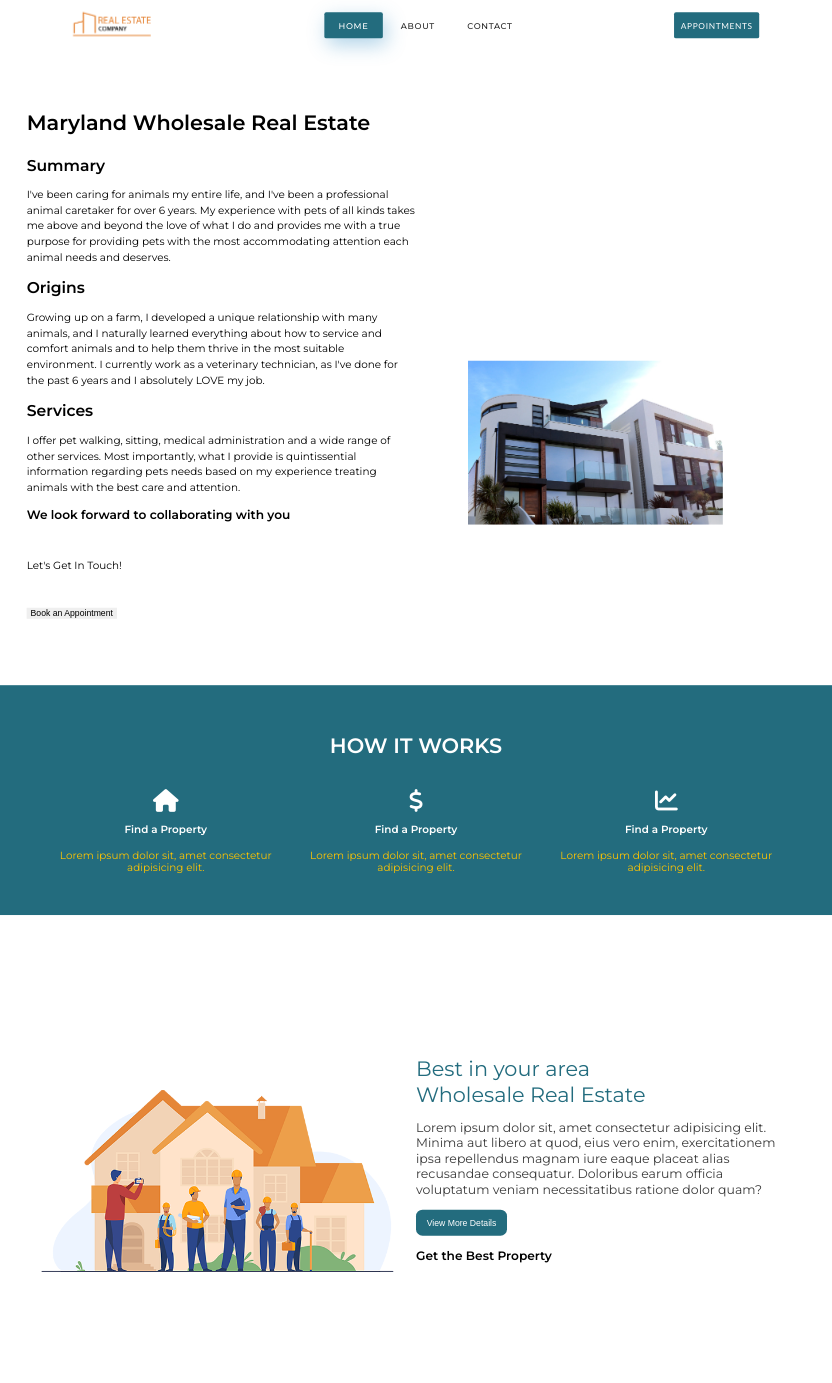
Repository: gabe126679/Mikes-site
Page: /about
An editor plug-in stored every save of this project. The page is shown before and after the next save, followed by the edit.
The browser window is 1280 px wide. The pictures show the whole page, at 65% of full size.
Some web libraries are served in a nearby version. The project was rebuilt for these pictures with package versions that can differ from the ones it lists, and the page was loaded fresh each time. Also part of the build but not shown: src/components/Header.jsx, src/components/Contact.jsx, src/components/Agentbox.jsx, src/components/Agent.jsx, src/components/Bproperty.jsx, src/components/Item.js, src/components/CarouselItem.jsx, src/components/Properties.jsx and 1 more.

Above is the page before, as saved 2022-04-19 14:45:02.

### public/index.html
<!DOCTYPE html>
<html lang="en">
  <head>
    <meta charset="utf-8" />
    <link rel="icon" href="%PUBLIC_URL%/favicon.ico" />
    <meta name="viewport" content="width=device-width, initial-scale=1" />
    <meta name="theme-color" content="#000000" />
    <meta
      name="description"
      content="Web site created using create-react-app"
    />
    <link rel="apple-touch-icon" href="%PUBLIC_URL%/logo192.png" />

    <link rel="manifest" href="%PUBLIC_URL%/manifest.json" />
    <script src="https://kit.fontawesome.com/95dc93da07.js"></script>
    <title>Mike's Homes</title>
  </head>
  <body>
    <noscript>You need to enable JavaScript to run this app.</noscript>
    <div id="root"></div>

  </body>
</html>

### src/index.js
import React from 'react';
import ReactDOM from 'react-dom/client';
import './index.css';
import App from './App';
// import About from './components/About';
// import {
//   BrowserRouter,
//   Routes,
//   Route,
// } from "react-router-dom";

const root = ReactDOM.createRoot(document.getElementById('root'));
root.render(
//   <BrowserRouter>
//     <Routes>
//       <Route path="/" element={<App />}>
//       <Route path="homes" element={<About />} />
//         {/* <Route path="teams" element={<Teams />}>
//             <Route path=":teamId" element={<Team />} />
//             <Route path="new" element={<NewTeamForm />} />
//             <Route index element={<LeagueStandings />} />
//         </Route> */}
//       </Route>
//     </Routes>
//   </BrowserRouter>,
<App />,

);

### src/index.css
@import url('https://fonts.googleapis.com/css2?family=Montserrat:wght@300;400;500;600&display=swap');

/***fontawesome <script src="https://kit.fontawesome.com/95dc93da07.js"></script> *********/



body{
    margin:0px;
    padding: 0px;

    background-color: #ffffff;
    font-family: 'Montserrat', sans-serif;
}
*{
    box-sizing: border-box;
}
ul{
    list-style: none;
}
a{
    text-decoration: none;
}
button{
    outline: none;
    border: none;
}
input{
    outline: none;
    border: none;
}

.logo img{
    width: 120px;
}
.header{

    width:100%;
    height:768px;
    position: relative;
    background-repeat: no-repeat;
    background-size: cover;
    background-image: url("./images/header-bg.png");
}
nav{
	display: flex;
	justify-content: space-around;
	align-items: center;
	left: 0;
	top: 0;
	width:100%;
	z-index: 1;
	background-color: #FFFFFF;
}
nav ul{
	display: flex;
}
.active{
    background-color: #236c7e;
    color:rgb(255, 255, 255);
	box-shadow: 5px 10px 30px rgba(64, 149, 198, 0.411);
	transition: all ease 0.2s;
}
nav ul li a{
	height:40px;
	line-height: 43px;
	margin: 3px;
	padding: 0px 22px;
	display: flex;
	font-size: 0.8rem;
	text-transform: uppercase;
	font-weight: 500;
	color:#242424;
    letter-spacing: 1px;
    border-radius: 3px;
    transition: 0.2s ease-in-out;
}
.property{
    font-family: calibri;
	height:40px;
	line-height: 43px;
	padding: 0px 10px;
	display: flex;
	font-size: 0.8rem;
	text-transform: uppercase;
	font-weight: 500;
	color:#ffffff;
    letter-spacing: 1px;
    border-radius: 3px;
    transition: 0.2s ease-in-out;
    background-color: #236c7e;
}
nav ul li a:hover{
	background-color: #064757;
    color:#FFFFFF;
	box-shadow: 5px 10px 30px rgba(64, 149, 198, 0.411);
	transition: all ease 0.2s;
}
nav .menu-btn,
.menu-icon{
		display:none;
	}
.intro{
	font-family: 'Montserrat';
	width: 500px;
	position: absolute;
	left: 16%;
	top: 50%;
	transform: translate(-20%,-50%);
}
.intro span{
    color: #fc9700;
}
.intro .details{
    color: #1e4f5c;
}
.intro h1{
	font-family:'Montserrat';
	font-size: 46px;
	margin:0px;
	letter-spacing: 3px;
	color:#236c7e;
}
.intro p{
    color: #064757; font-weight: 500;
}
.header-btn{
	width:110px;
	height: 40px;
	display: flex;
	justify-content: center;
    align-items: center;
    background-color: #236c7e;
    box-shadow: 5px 10px 30px rgba(2, 82, 255, 0.137);
    border-radius: 10px;
	color:#ffffff;
}
.header-btn:hover{
	background-color: #04afda;
    transition: all ease 0.5s;
    color: #ffffff;
    box-shadow: 5px 0px 30px rgba(2, 154, 255, 0.39);
}
.container {
    max-width: 1140px;
    margin: 0 auto;
    padding: 0 20px;
}

.flex {
    display: flex;
    justify-content: space-between;
}
.how-it-works {
    padding: 3rem 0;
    background: #236c7e;
    text-align: center;
}

.how-it-works h2 {
    margin-bottom: 3rem;
    font-size: 2rem;
    font-family: 'Montserrat';
    color: #ffffff;
    font-weight: 600;
    text-transform: uppercase;
}

.how-it-works .flex > div {
    width: 30%;
}

.how-it-works h4 {
    color: #ffffff;
    margin-top: 1rem;
}
.how-it-works p{
    color: rgb(255, 196, 0);
}

.how-it-works span.fas {
    color: #ffffff;
    font-size: 35px;
}
  .about{
	width:100%;
	height: 100vh;
	background-color:#ffffff;
	box-sizing: border-box;
	display: flex;
	align-items: center;
	justify-content: space-between;
	padding: 50px 5% 0px 5%;
	position: relative;
}
.about-text{
	width: 50%;
}
.about-text h2{
	font-size: 2rem;
	color:#236c7e;
	font-weight: 400;
}
.about-text h2{
	margin: 0px;
	padding: 0px;
}
.about-text p{
	font-size: 1.2rem;
	color:#3a3a3a;

}
.about-text button{
	width: 140px;
	height: 40px;
	border-radius: 10px;
	border: none;
    outline: none;
    color: #ffffff;
	background-color:#236c7e;
}
.about-text button:hover{
	background-color: #04afda;
    transition: all ease 0.3s;
    color: #ffffff;
    box-shadow: 5px 0px 30px rgba(2, 154, 255, 0.39);
}
.about-model img{
    height: 400px;
}

.agent{
    width:100%;
    height:110vh;
    box-sizing: border-box;
    font-family: calibri;
    display: flex;
    flex-direction: column;
    align-items: center;
    justify-content: center;
    padding-top: 40px ;
    background: #236c7e;
}

.a-heading h1{
    color:#ffffff;
    font-size: 3rem;
    margin: 0px;
    padding: 0px;

}
.a-heading p{
    color:rgb(238, 238, 238);
    font-size: 1rem;
    margin: 0px;
    padding: 0px;
}
.a-heading{
    text-align: center;
    margin: 20px 0px;
}
.a-box{
    background-color: #ffffff;
    width:350px;
    height: 500px;
    margin: 20px;
    border-radius: 10px;
    overflow: hidden;
    box-shadow: 2px 2px 12px rgba(0,0,0,0.1);
    position: relative;
}
.b-container{
    display: flex;
    justify-content: center;
    align-content: center;
    width: 100%;

}
.a-b-img{
    width: 100%;
    height: 70%;

}
.a-b-img img{
    width:100%;
    height: 100%;
    object-fit: contain;
}
.a-b-text{
    width: 100%;
    height: 30%;
    background-color:#ffffff;
    display:flex;
    justify-content: center;
    align-items: center;
    text-align: center;
    flex-direction: column;
}
.a-box:hover{
    transform:translateY(-10px);
    transition: all ease 0.3s;

}
.agent-btn{
	width:110px;
	height: 40px;
	display: flex;
	justify-content: center;
    align-items: center;
    background-color: #236c7e;
    box-shadow: 5px 10px 30px rgba(2, 82, 255, 0.137);
    border-radius: 10px;
	color:#ffffff;
}
.agent-btn:hover{
	background-color: #04afda;
    transition: all ease 0.5s;
    color: #ffffff;
    box-shadow: 5px 0px 30px rgba(2, 154, 255, 0.39);
}

.product{
	width: 100%;
	background-color: #FFFFFF;
	display: flex;
	height: 760px;
	flex-direction: column;
	align-items: center;
	padding:40px 20px;
	position: relative;
	border-radius: 10px;
	margin-top: 70px;
}


.p-heading{

	margin:20px;
	text-shadow: 2px 2px 10px rgba(0,0,0,0.05);
}
.p-heading h3{
	font-weight: 600;
	letter-spacing: 2px;
	text-align: center;
	font-size:2.5rem;
	color:#323543;

}
.p-heading h3 font{
	color:#303030;
}
.product-container{
	display: flex;
	justify-content: center;
	align-items: center;
	flex-wrap: wrap;
	margin: 10px 0px;
	width:100%;
}
.p-box{
	width:350px;
	height: 420px;
	display: flex;
	justify-content: center;
	align-items: center;
	flex-direction: column;
	border-radius: 12px;
	position: relative;
	margin: 20px 30px;
    background-color: rgb(255, 255, 255);
    box-shadow: 2px 2px 30px rgba(0,0,0,0.1);
}
.p-box img{
	height:150px;
}
.p-box p{
	color:#4d4d4d70;
	font-family: myriad pro;
	font-size: 0.9rem;
	letter-spacing: 0.5;
}
.price-container {
  display: flex;
  align-items: center;
  justify-content: center;
}
.price{
	color:#2c2c2c;
	font-family: poppins;
	font-size: 1rem;
  position: relative;
  bottom: 120px;
  width: 100%;
  height: 100px;
  text-align: center;
}
.container-reviews {
  display: flex;
  align-items: center;
  height: 100%;
  position: relative;
  top: -70px;
}
.buy-btn{
	position: absolute;
	width:140px;
	height: 60px;
	display: flex;
	justify-content: center;
	align-items: center;
	font-family:calibri;
	left: 50%;
	bottom: 20px;
	transform: translateX(-50%);
	border-radius: 15% 15% 15% 15% / 50% 50% 50% 50%;
	background:linear-gradient(120deg,#064757 20%,#04afda);
	color:#FFFFFF;
	display: none;
	animation: fade 0.2s;
}
.p-box:hover .buy-btn{
	display: flex;
}
.p-box:hover{
	box-shadow: 2px 2px 30px rgba(0, 0, 0, 0.233);
	background-color:#FFFFFF;
}
.p-box:hover .price{
	color:#04afda;
	transition: all ease 0.2s;
}

@keyframes fade{
	0%{
		opacity: 0;
	}
	100%{
		opacity: 1;
	}
}
.contact{
    background-color: #236c7e;
	display:flex;
	flex-direction: column;
	justify-content: center;
	align-items: center;
    margin:8px 3px;
    margin-top: 1000px;
    padding: 30px 0px;
  overflow: hidden;
}
.contact h3{
	font-size:2.5rem;
    margin:20px;
    color: #ffffff;
}
.contact-input{
	width:350px;
	height:50px;
	background-color:#FFFFFF;
	display:flex;
	justify-content: center;
	border-radius: 50px;
	box-shadow: 2px 2px 30px rgba(0,0,0,0.15);
}
.contact-input input{
	width:100%;
	background-color: transparent;
	border:none;
	outline: none;
	text-align: center;
	color:#242425;
}
.contact-input a{
	width:150px;
	height:35px;
	background-color:#236c7e;
	color:#FFFFFF;
	display: flex;
	font-size: 0.9rem;
	justify-content: center;
	align-items: center;
	margin: auto 10px;
	border-radius: 20px;
	font-weight: 500;
}

.carousel {
  font-family: sans-serif;
  display: flex;
  align-items: center;
  justify-content: center;
  height: 100vh;
  object-fit: contain;

}
.carousel-img {
  width: 100%;
  object-fit: fill;
}
@media(min-width:1285px) {
  .contact {
    margin-top: 550px;
  }
}
@media(max-width:1190px){
	.header{
        background-size: 1150px !important;
        text-align: center;
	}
	.intro{
		left: 10%;
		top: 50%;
		transform: translate(-10%,-50%);
	}
	.about-model img{
		height:400px;
    }
    .agent{
		height:auto;
    }
    .b-container{
		flex-wrap: wrap;
	}
    .a-box{
		flex-grow: 1;
	}
	.a-b-img img{
		object-fit:contain;
	}


}

@media(max-width:970px){
  .header {
    background-image: none;
  }
	.main{
		background-image: none !important;

	}
	.intro{
		left: 50%;
		top: 50%;
		transform: translate(-50%,-50%);
    }

	.about-model{
		display: none;
	}
	.about{
        text-align: center;
		justify-content: center;
		padding-top: 0px;
	}
	.about-text{
		width: 90%;
	}
	.about-text h1{
		font-size:4rem;
  }
  .product{
    width: 100%;
    background-color: #FFFFFF;
    display: flex;
    height: 760px;
    flex-direction: column;
    align-items: center;
    padding:40px 20px;
    position: relative;
    border-radius: 10px;
    margin-top: 70px;
  }


}
@media(max-width:875px){
  .carousel-item {
    display: none;
  }
}
@media(max-width:600px){
	.intro{
		width:60%;
    }}
    .scroll{
      left: 42.5%;
    }
  .header-btn{
    margin-right: 38%;
  }


    @media (max-width: 500px) {
        .how-it-works .flex {
            display: block;
        }
        .header-btn{
          margin-right: 28%;
        }
        .how-it-works .flex > div {
            width: 100%;
            margin-top: 2rem;
        }


@media(max-width:1100px){.menu-icon{
    display:block;}

        nav{
            justify-content: space-between;
            height: 65px;
            padding: 0px 30px;
            position: fixed;
        }
        .property{
            background: none;
            font-size: 13px;
            color: #000;
            padding: 0px;
        }
        .logo img{
            width:70px;
        }
        .menu{
            display:none;
            position:absolute;
            top:65px;
            left:0px;
            background-color:#FFFFFF;
            border-bottom:4px solid #064757;
            width:100%;
            padding:0px;
            margin:0px;
        }
        .menu li{
            width:100%;
        }
        nav .menu li a{
            width:100%;
            height:40px;
            justify-content: center;
            align-items: center;
            margin:0px;
            padding: 25px;
            border:1px solid rgba(38,38,38,0.03);
        }
        nav .menu-icon{
            cursor:pointer;
            float:right;
            padding:28px 20px;
            position:relative;
            user-select: none;
        }
        nav .menu-icon .nav-icon{
            background-color:#333333;
            display:block;
            height:2px;
            position:relative;
            transition: background 0.2s ease-out;
            width:20px;
        }
        nav .menu-icon .nav-icon:before,
        nav .menu-icon .nav-icon:after{
            background:#333;
            content:'';
            display:block;
            height:100%;
            position:absolute;
            transition:all ease-out 0.2s;
            width:100%;
        }
        nav .menu-icon .nav-icon:before{
            top:5px;
        }
        nav .menu-icon .nav-icon:after{
            top:-5px;
        }
        nav .menu-btn:checked ~ .menu-icon .nav-icon{
            background:transparent;
        }
        nav .menu-btn:checked ~ .menu-icon .nav-icon:before{
            transform: rotate(-45deg);
            top:0;
        }
        nav .menu-btn:checked ~ .menu-icon .nav-icon:after{
            transform: rotate(45deg);
            top:0;
        }
        nav .menu-btn{
            display:none;
        }
        nav .menu-btn:checked ~ .menu{
            display:block;
        }}
        @media(max-width:400px){
            .s-box{
                width: 100%;
                height:400px;
            }
            .header-btn{
              margin-left: 38%;
            }

        }}

### src/App.js
import React from 'react';
import Header from './components/Header'
import Howitworks from './components/Howitworks'
import About from './components/About'
import PageAbout from './components/PageAbout'
import Agent from './components/Agent'
import Properties from './components/Properties'
import Contact from './components/Contact'
import All from './components/All'
import {
  BrowserRouter,
  Routes,
  Route,
} from "react-router-dom";


function App() {
  return (
    <div className="App">
      <BrowserRouter>
        <Routes>
          <Route
            path="/"
            element={<All />}
          />
          <Route
            path="/about"
            element={<PageAbout />}
          />
          <Route
            path="/contact"
            element={<Contact />}
          />
          <Route
            path="/Howitworks"
            element={<Howitworks />}
          />
        </Routes>

          {/* <Header />
          <Howitworks />
          <About />
          <Agent />
          <Properties />
          <Contact /> */}

      </BrowserRouter>
    </div>
  );
}

export default App;

### src/components/Howitworks.jsx
import React from 'react'

function Howitworks() {
  return (
    <div className="how-it-works">
        <div className="container">
            <h2>How It Works</h2>
            <div className="flex">
                <div>
                    <span className="fas fa-home"></span>
                    <h4>Find a Property</h4>
                    <p>Lorem ipsum dolor sit, amet consectetur adipisicing elit.</p>
                </div>

                <div>
                    <span className="fas fa-dollar-sign"></span>
                    <h4>Find a Property</h4>
                    <p>Lorem ipsum dolor sit, amet consectetur adipisicing elit.</p>
                </div>

                <div>
                    <span className="fas fa-chart-line"></span>
                    <h4>Find a Property</h4>
                    <p>Lorem ipsum dolor sit, amet consectetur adipisicing elit.</p>
                </div>
            </div>
        </div>
    </div>
  )
}

export default Howitworks;

### src/components/About.jsx
import React from 'react'
import aboutimage from '../images/hero.png';
import Contact from "./Contact"

function About() {
  return (
    <div className="about">
        <div className="about-model">
          <img src={aboutimage} alt="about image"/>
        </div>
        <div className="about-text">
          <h2>Best in your area <br/>Wholesale Real Estate</h2>
          <p>Lorem ipsum dolor sit, amet consectetur adipisicing elit. Minima aut libero at quod, eius vero enim, exercitationem ipsa repellendus magnam iure eaque placeat alias recusandae consequatur. Doloribus earum officia voluptatum veniam necessitatibus ratione dolor quam?</p>
          <button>View More Details</button>
          <h3>Get the Best Property</h3>
        </div>
    </div>
  )
}

export default About

### src/components/PageAbout.jsx
import React from 'react';
import ImageOne from '../images/home-1.jpg';
import styled from 'styled-components';
import Navbar from "./Navbar";
import About from "./About";
import Agent from "./Agent";
import Howitworks from "./Howitworks";
import { Link } from 'react-router-dom';

const Section = styled.section`
  display: flex;
  flex-direction: column;
  justify-content: center;
`;

const Container = styled.div`
  background: #fff;
  padding: 3rem 2rem;
  position: relative;
`;

const Wrap = styled.div`
  max-width: 1200px;
  margin: 0 auto;
`;

const ColumnLeft = styled.div`
  display: flex;
  flex-wrap: wrap;
  margin: 0px -15px;
  justify-content: flex-start;
  padding: 1rem;
`;

const Content = styled.div`
  flex: 0 0 50%;

  @media screen and (max-width: 768px) {
    flex: 0 0 100%;
    max-width: 100%;
    margin-top: 250px;
  }

  h1 {
    margin-bottom: 2rem;
    font-size: 2rem;
  }

  p {
    margin-bottom: 1rem;
    line-height: 1.5;
  }
`;

const ColumnRight = styled.div`
  position: absolute;
  top: -80px;
  right: 0;
  max-width: 850px;
  height: 140%;
  width: 45%;
  padding-left: 1rem;

  @media screen and (max-width: 768px) {
    height: 320px;
    top: -65px;
    width: 80%;
    margin: 0 auto;
    left: 0;
  }
`;

const Image = styled.img`
  height: 100%;
  width: 100%;
  object-fit: contain;
  position: relative;
  @media (min-width: 768px) {
    height: 100%;
    width: 70%;
    object-fit: contain;
  }
`;
  const Break = styled.br`
    @media (min-width: 768px) {
        display: none;
    }
`;

function PageAbout() {
  return (
    <div>
    <Section>
        <Navbar/>
        {/* <br className="break"/>
        <br className="break"/>
        <br className="break"/>
        <br className="break"/>
        <br className="break"/>
        <br className="break"/> */}
        <Break />
        <Break />
        <Break />
        <Break />
        <Break />
        <Break />

        <Container>
            <Wrap>
            <ColumnLeft>
                <Content
                data-aos='fade-right'
                data-aos-duration='1200'
                data-aos-delay='300'
                data-aos-once='true'
                data-aos-anchor-placement='center bottom'
                className="border rounded text-center"
                >

                <h1 >Maryland Wholesale Real Estate</h1>
                <h2 >Summary</h2>
                <p>
                    I've been caring for animals my entire life, and I've been a professional animal caretaker for over 6 years. My experience with pets of all kinds takes me above and beyond the love of what I do and provides me with a true purpose for providing pets with the most accommodating attention each animal needs and deserves.
                </p>
                <h2 >Origins</h2>
                <p>
                    Growing up on a farm, I developed a unique relationship with many animals, and I naturally learned everything about how to service and comfort animals and to help them thrive in the most suitable environment. I currently work as a veterinary technician, as I've done for the past 6 years and I absolutely LOVE my job.
                </p>
                <h2 >Services</h2>
                <p>
                    I offer pet walking, sitting, medical administration and a wide range of other services. Most importantly, what I provide is quintissential information regarding pets needs based on my experience treating animals with the best care and attention.
                </p>
                <h3 >We look forward to collaborating with you</h3>
                <br/>
                <p >Let's Get In Touch!</p>
                <br/>
                <p>

                </p>

                <div className="wide">
                    <button to="/contact">Book an Appointment</button>
                </div>
                <br/>
                <br/>

                </Content>
            </ColumnLeft>
            <ColumnRight>
                <Image
                src={ImageOne}
                />
            </ColumnRight>
            </Wrap>
        </Container>
      <Howitworks/>
      <About/>
    </Section>


    </div>
  )
}

export default PageAbout;

### src/components/Navbar.jsx
import React from 'react'
import logo from "../images/logo1.png"
import { Link } from "react-router-dom";

function Navbar() {
  return (
    <nav>
        <a href="/homes" className="logo">
            <img src={logo} alt="logo"/>
        </a>
        <input className="menu-btn" type="checkbox" id="menu-btn"/>
        <label className="menu-icon" for="menu-btn">
            <span className="nav-icon"></span>
        </label>
        <ul className="menu">
            <li><Link to="/about" className="active">Home</Link></li>
            <li><Link to="/about">About</Link></li>
            <li><Link to="/contact">Contact</Link></li>
        </ul>
        <Link to="/howitworks" className="property">Appointments</Link>
        {/* <a href="/homes" className="property"></a> */}
    </nav>
  )
}

export default Navbar

After the next save:
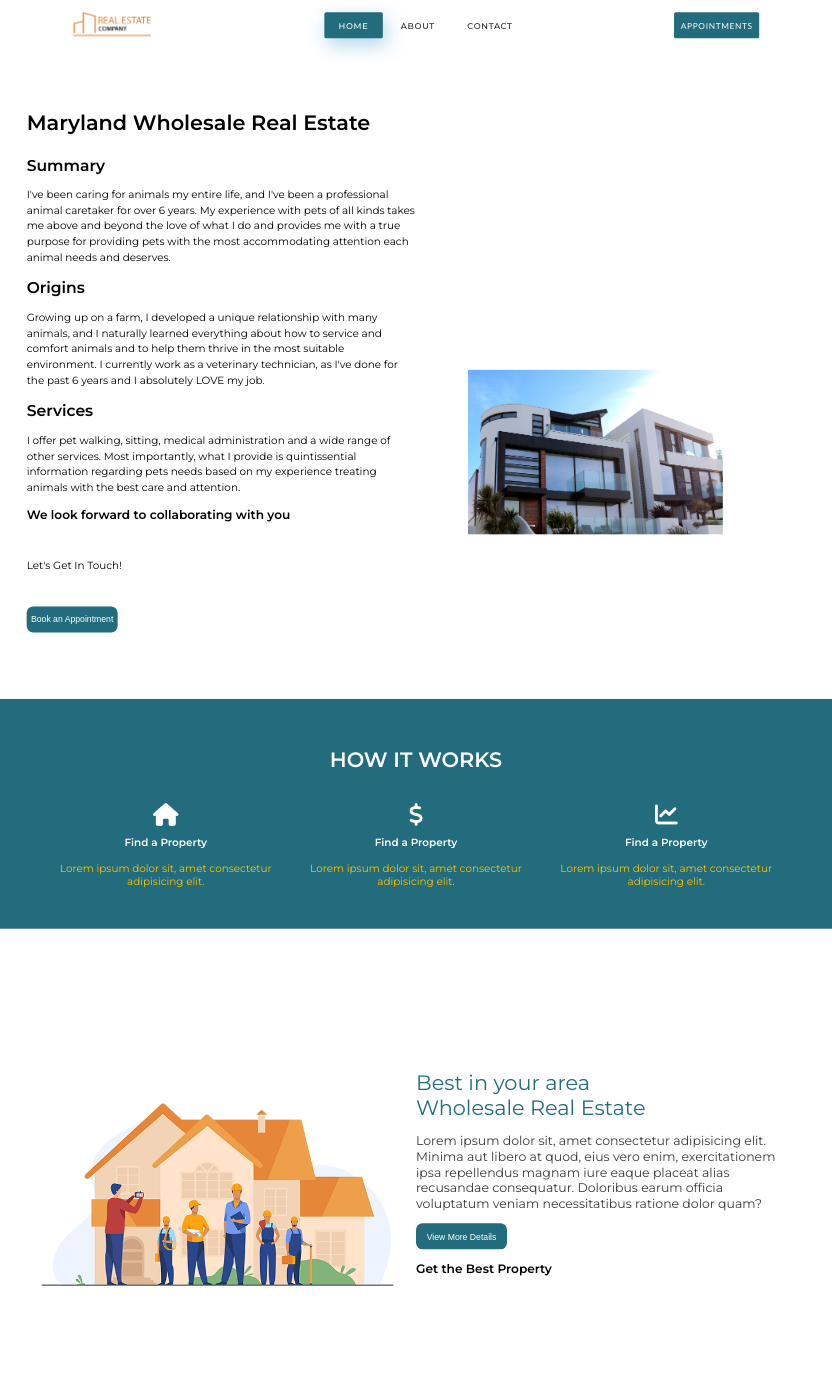
Saved 101 s later.
--- a/src/components/PageAbout.jsx
+++ b/src/components/PageAbout.jsx
@@ -86,6 +86,18 @@ const Image = styled.img`
         display: none;
     }
 `;
+const Button = styled.button`
+
+    width: 140px;
+    height: 40px;
+    border-radius: 10px;
+    border: none;
+    outline: none;
+    color: #ffffff;
+    background-color:#236c7e;
+`;
+
+
 
 function PageAbout() {
   return (
@@ -139,7 +151,7 @@ function PageAbout() {
                 </p>
 
                 <div className="wide">
-                    <button to="/contact">Book an Appointment</button>
+                    <Button to="/contact">Book an Appointment</Button>
                 </div>
                 <br/>
                 <br/>
